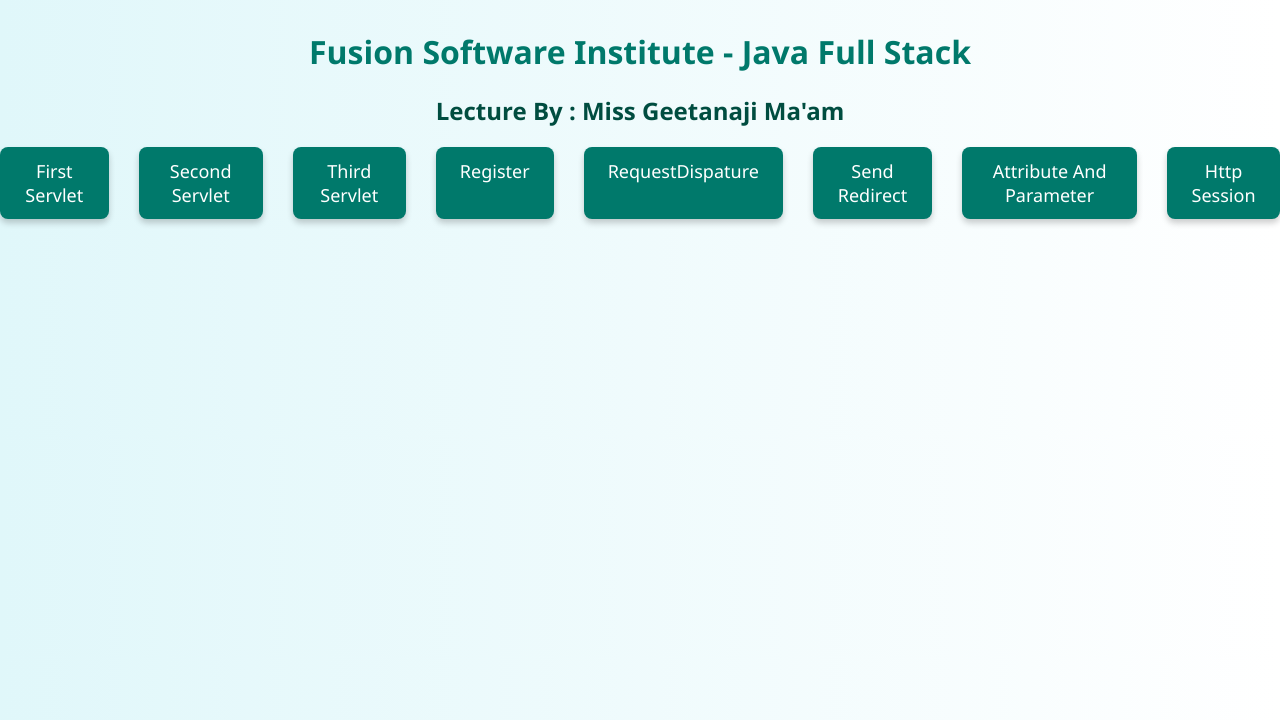
Repository: AkshayKPrajapati/CodingHub
Page: Servlet/WebContent/Index.html
The author's editor kept a copy of each file at every save. The page is drawn from the files as they stood at one save, then again after the next save.
The browser window is 1280 px wide. The pictures show the whole page.

Above is the page before, as saved 2025-10-14 18:52:51.

After the next save:
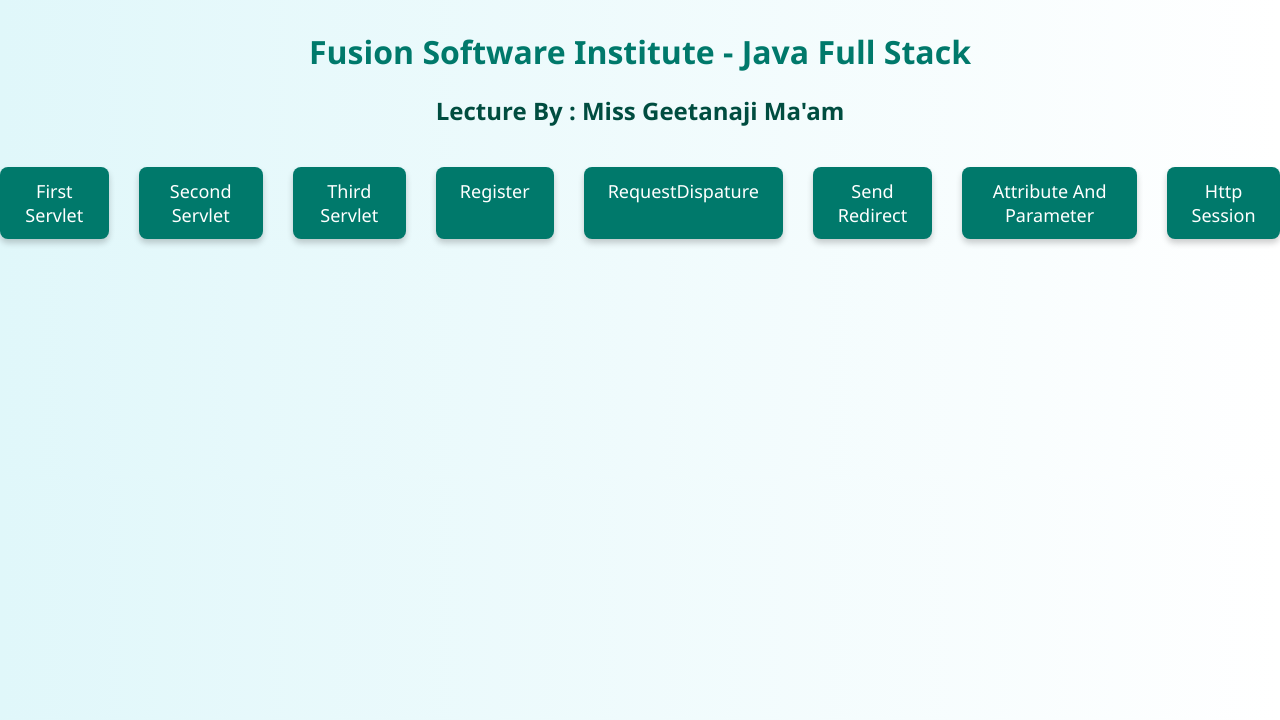
Saved 4 s later.
--- a/Servlet/WebContent/Index.html
+++ b/Servlet/WebContent/Index.html
@@ -19,7 +19,7 @@
     }
 
     h2 {
-        color: #004d40;s
+        color: #004d40;
         margin-bottom: 40px;
     }
 
